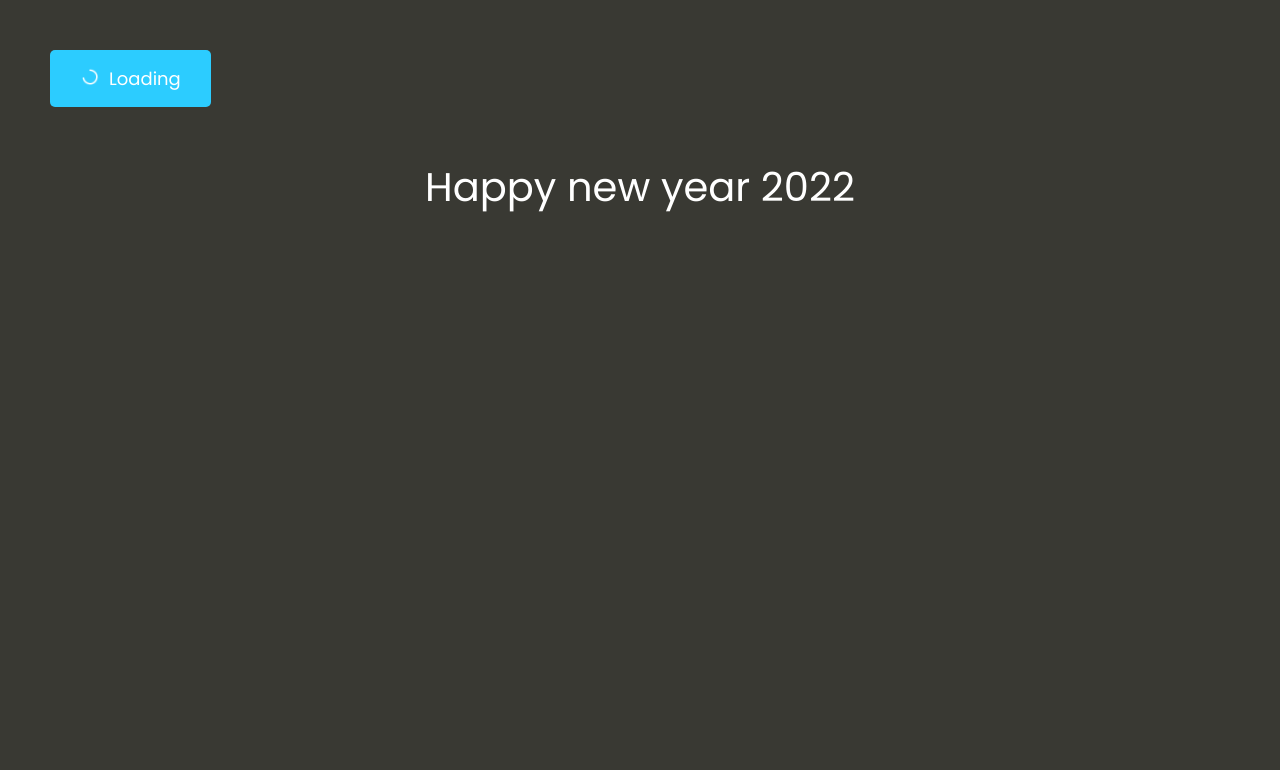
Repository: hoang0508/ReactJsDevWork
Page: /
These files come from the project's save history. The page is drawn as it stood at one moment and after the next save; the edit follows.
The browser window is 1280 px wide. The pictures show the whole page.
The project was rebuilt for these pictures with package versions that can differ from the ones it lists, and the page was loaded fresh each time.

Above is the page before, as saved 2022-02-01 23:31:19.

### src/index.scss
body {
  margin: 0;
  font-family: "Poppins", sans-serif;
  font-size: 16px;
  -webkit-font-smoothing: antialiased;
  -moz-osx-font-smoothing: grayscale;
}

code {
  font-family: source-code-pro, Menlo, Monaco, Consolas, "Courier New",
    monospace;
}

### src/App.js
import "./App.scss";
import Button from "./components/Button/Button";
// import Food from "./components/FoodApi/Food";

function App() {
  return (
    <>
      {/* <div>Hello</div> */}
      {/* <Food /> */}
      <Button />
    </>
  );
}

export default App;

### src/App.scss
@import url("https://fonts.googleapis.com/css2?family=Poppins:ital,wght@0,300;0,400;0,500;0,600;0,700;1,600&family=Red+Hat+Display:wght@300;400;500;600;700&display=swap");
*,
*::before,
*::after {
  box-sizing: border-box;
}
body,
h1,
h2,
h3,
h4,
h5,
h6,
p,
figure,
picture {
  margin: 0;
}
body {
  min-height: 100vh;
  line-height: 1.5;
}
input,
button,
select,
textarea {
  font: inherit;
}
img,
picture {
  display: block;
  max-width: 100%;
}
/* remove animation for people who've turned them off */
@media (prefers-reduced-motion: reduce) {
  *,
  *::before,
  *::after {
    animation-duration: 0.01ms !important;
    animation-iteration-count: 1 !important;
    transition-duration: 0.01ms !important;
    scroll-behavior: auto !important;
  }
}

body {
  background-color: #393933;
}

### src/components/Button/Button.js
import React, { useEffect, useRef, useState } from "react";
import "./Button.scss";
import "boxicons/css/boxicons.min.css";
const Button = () => {
  const [loading, setLoading] = useState(false);
  const [text, setText] = useState(false);
  const btnRef = useRef(null);
  const handleClickBtn = () => {
    setLoading(!loading);
    if (setText(true)) {
      setLoading(false);
    }
  };
  useEffect(() => {
    handleClickBtn();
    const btnWidth = btnRef.current.clientWidth + 29;
    btnRef.current.style.width = btnWidth;
  }, []);
  return (
    <div>
      <button className="btn" onClick={() => handleClickBtn()} ref={btnRef}>
        <div className={`btn-spinner ${loading ? "active" : ""}`}>
          <i className="bx bx-loader-alt bx-spin"></i>
        </div>
        <span className="btn-text">Loading</span>
      </button>
      {text && loading && <p className="btn-desc">Happy new year 2022</p>}
    </div>
  );
};

export default Button;

### src/components/Button/Button.scss
.btn {
  margin: 50px;
  font-family: "Poppins", sans-serif;
  font-size: 18px;
  background-color: #2cccff;
  color: #fff;
  outline: none;
  border: 0;
  border-radius: 5px;
  display: flex;
  align-items: center;
  padding: 15px 30px;
  cursor: pointer;
  overflow: hidden;
  &-spinner {
    width: 0;
    opacity: 0;
    visibility: hidden;
    overflow: hidden;
    transition: all 0.3s linear;
    &.active {
      width: 19px;
      margin-right: 10px;
      opacity: 1;
      visibility: visible;
    }
  }
  &-desc {
    text-align: center;
    font-size: 40px;
    letter-spacing: 1.5;
    color: #fff;
  }
}

Loaded but not shown: public/index.html (common file); src/index.js (common file); src/reportWebVitals.js (common file)

After the next save:
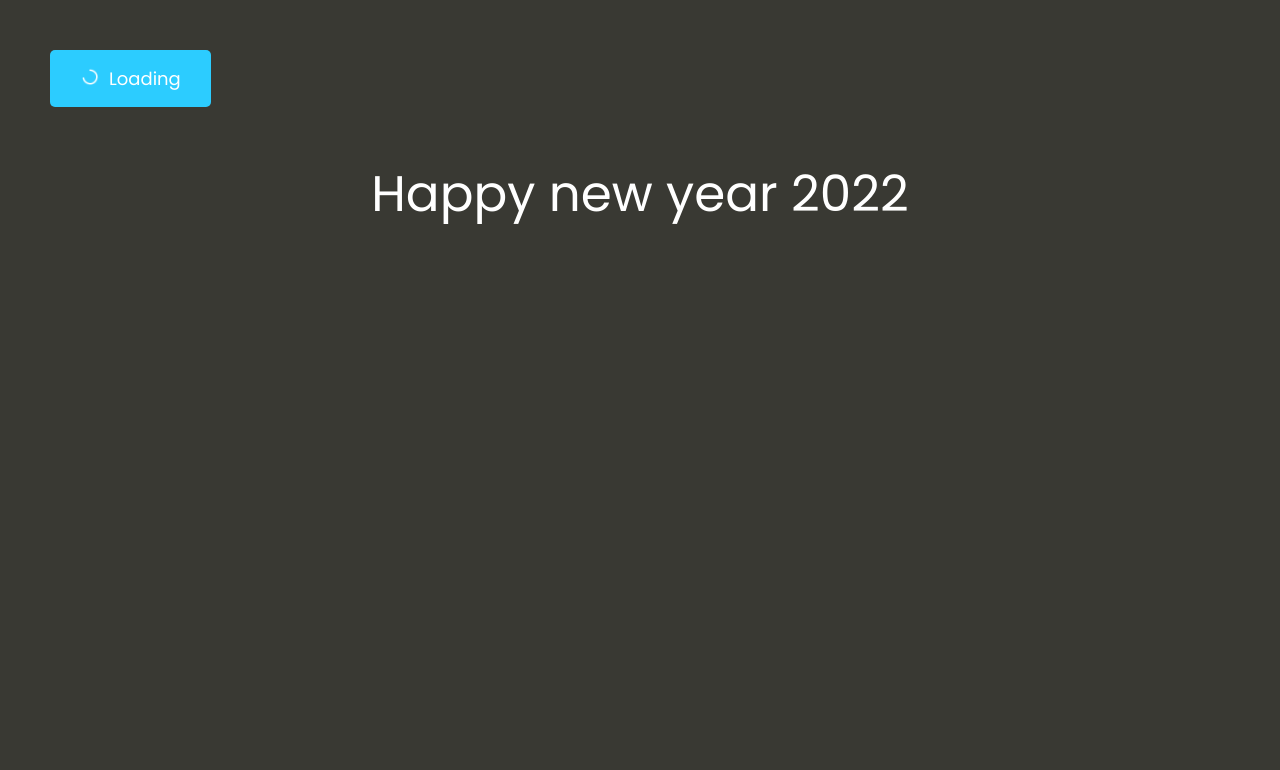
Saved 21 s later.
--- a/src/components/Button/Button.scss
+++ b/src/components/Button/Button.scss
@@ -27,7 +27,7 @@
   }
   &-desc {
     text-align: center;
-    font-size: 40px;
+    font-size: 50px;
     letter-spacing: 1.5;
     color: #fff;
   }
